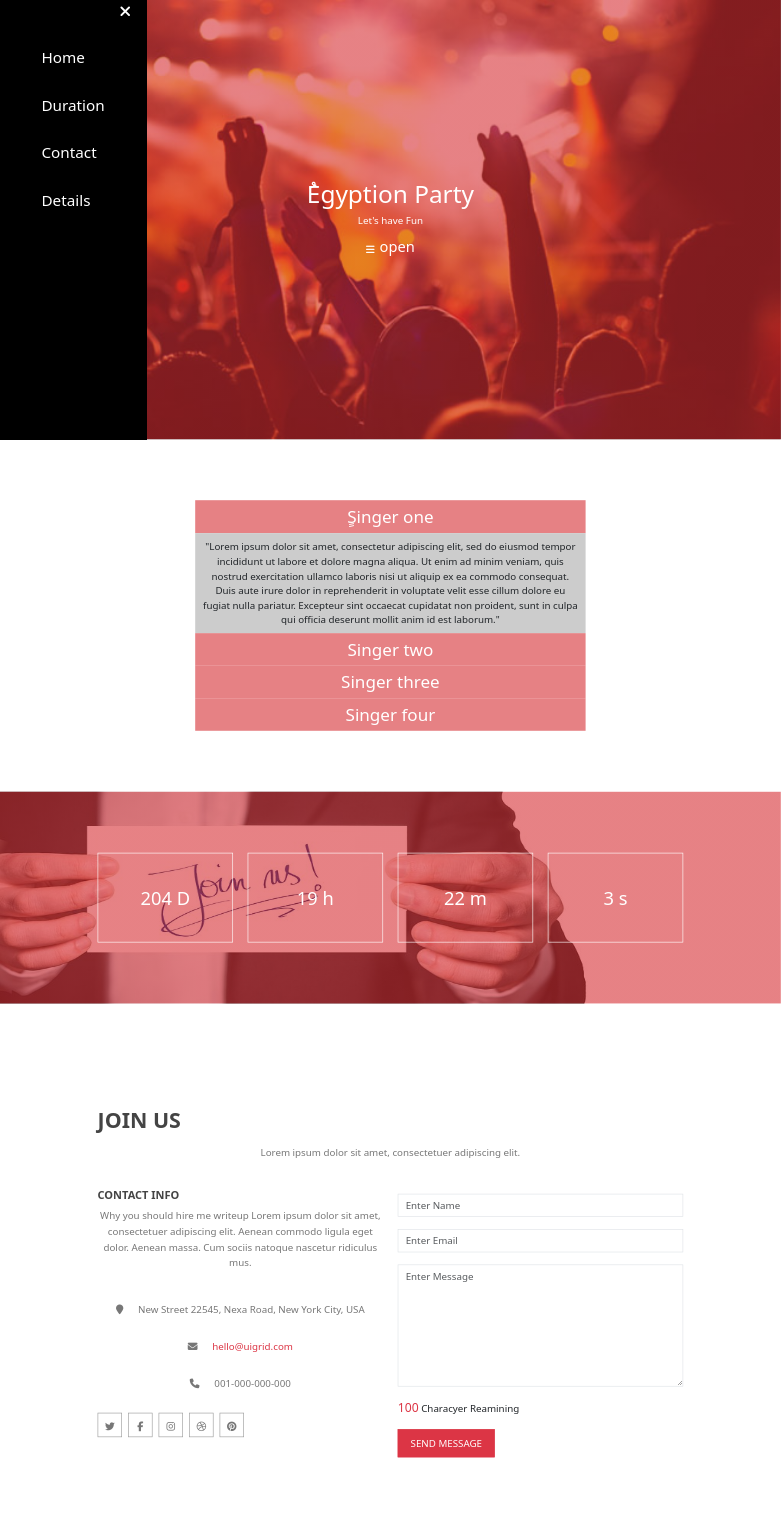
Repository: HagarYousry/jQuery
Page: index.html
An editor plug-in stored every save of this project. The page is shown before and after the next save, followed by the edit.
The browser window is 1280 px wide. The pictures show the whole page, at 61% of full size.

Above is the page before, as saved 2024-07-25 19:21:31.

### index.html
<!DOCTYPE html>
<html lang="en">

<head>
    <meta charset="UTF-8">
    <meta name="viewport" content="width=device-width, initial-scale=1.0">
    <title>Egyption party</title>
    <!-- web fonts  -->
    <link rel="stylesheet" href="css/all.min.css">
    <!-- bootstrap -->
    <link rel="stylesheet" href="css/bootstrap.min.css">
    <!-- main css -->
    <link rel="stylesheet" href="css/main.css">
</head>

<body>
    <div id="home">

            <div id="sideNav" class="bg-black p-5">
                    <a class="p-0 closeIcon">
                        <i class="fa-solid fa-xmark "></i>
                    </a>
                     <a class="sideNav-link mt-2" href="#home">Home</a>
                     <a class="sideNav-link" href="#Acordion">Duration</a>
                     <a class="sideNav-link" href="#contact">Contact</a>
                     <a class="sideNav-link" href="#count">Details</a>
            </div>

            <div class="home-title d-flex justify-content-center align-items-center flex-column vh-100 text-white">
                <h1>ُEgyption Party</h1>
                <p>Let's have Fun</p>
                <span class="d-flex align-items-center">
                    <i class=" fa-solid fa-bars"></i>
                    <h4 class="ms-2">open</h4>
                </span>
            </div>


    </div>










    <!-- ! start sideNav section -->
    <!-- <section id="sideNav">
        <div class="navAnchor bg-black">
            <ul>
                <li class="p-0 closeIcon">
                    <i class="fa-solid fa-xmark "></i>
                </li>
                 <li ><a class="sideNav-link" href="#home">Home</a></li>
                 <li ><a class="sideNav-link" href="#Acordion">Duration</a></li>
                 <li ><a class="sideNav-link" href="#contact">Contact</a></li>
                 <li ><a class="sideNav-link" href="#count">Details</a></li>
            </ul>
        </div>

        <div class="navIcon align-self-center bg-danger bg-opacity-50 m-1 text-white p-2">
            <div class="navIcon-content d-flex align-items-center">
                <i class="fa-solid fa-bars"></i>
                <h4 class="ms-2">open</h4>
            </div>
        </div>
    </section> -->
    <!--! end sideNav section -->

    <!--! start header section  -->
    <!-- <header id="home" class="d-flex justify-content-center align-items-center flex-column">
        <div class="home-content text-center text-white">
            <h1>ُEgyption Party</h1>
            <p>Let's have Fun</p>
        </div>
    </header> -->
    <!--! end header section  -->

    <!-- start Acordion section  -->
    <section id="Acordion" class="text-center">

        <div class="container-fluid w-50 ">
            <h3 class="toggle ">ٍSinger one</h3>
            <div class="inner first">"Lorem ipsum dolor sit amet, consectetur adipiscing elit, sed do eiusmod tempor
                incididunt ut labore et dolore magna aliqua. Ut enim ad minim veniam, quis nostrud exercitation ullamco
                laboris nisi ut aliquip ex ea commodo consequat. Duis aute irure dolor in reprehenderit in voluptate
                velit
                esse cillum dolore eu fugiat nulla pariatur. Excepteur sint occaecat cupidatat non proident, sunt in
                culpa
                qui officia deserunt mollit anim id est laborum."
            </div>


            <h3 class="toggle">Singer two</h3>
            <div class="inner">"Sed ut perspiciatis unde omnis iste natus error sit voluptatem accusantium doloremque
                laudantium, totam rem aperiam, eaque ipsa quae ab illo inventore veritatis et quasi architecto beatae
                vitae
                dicta sunt explicabo. Nemo enim ipsam voluptatem quia voluptas sit aspernatur aut odit aut fugit, sed
                quia
                consequuntur magni dolores eos qui ratione voluptatem sequi nesciunt. Neque porro quisquam est, qui
                dolorem
                ipsum quia dolor sit amet, consectetur, adipisci velit, sed quia non numquam eius modi tempora incidunt
                ut
                labore et dolore magnam aliquam quaerat voluptatem. Ut enim ad minima veniam, quis nostrum
                exercitationem
                ullam corporis suscipit laboriosam, nisi ut aliquid ex ea commodi consequatur? Quis autem vel eum iure
                reprehenderit qui in ea voluptate velit esse quam nihil molestiae consequatur, vel illum qui dolorem eum
                fugiat quo voluptas nulla pariatur?"
            </div>


            <h3 class="toggle">Singer three</h3>
            <div class="inner">"But I must explain to you how all this mistaken idea of denouncing pleasure and praising
                pain was born and I will give you a complete account of the system, and expound the actual teachings of
                the
                great explorer of the truth, the master-builder of human happiness. No one rejects, dislikes, or avoids
                pleasure itself, because it is pleasure, but because those who do not know how to pursue pleasure
                rationally
                encounter consequences that are extremely painful. Nor again is there anyone who loves or pursues or
                desires
                to obtain pain of itself, because it is pain, but because occasionally circumstances occur in which toil
                and
                pain can procure him some great pleasure. To take a trivial example, which of us ever undertakes
                laborious
                physical exercise, except to obtain some advantage from it? But who has any right to find fault with a
                man
                who chooses to enjoy a pleasure that has no annoying consequences, or one who avoids a pain that
                produces no
                resultant pleasure?"
            </div>


            <h3 class="toggle">Singer four</h3>
            <div class="inner">"At vero eos et accusamus et iusto odio dignissimos ducimus qui blanditiis praesentium
                voluptatum deleniti atque corrupti quos dolores et quas molestias excepturi sint occaecati cupiditate
                non
                provident, similique sunt in culpa qui officia deserunt mollitia animi, id est laborum et dolorum fuga.
                Et
                harum quidem rerum facilis est et expedita distinctio. Nam libero tempore, cum soluta nobis est eligendi
                optio cumque nihil impedit quo minus id quod maxime placeat facere possimus, omnis voluptas assumenda
                est,
                omnis dolor repellendus. Temporibus autem quibusdam et aut officiis debitis aut rerum necessitatibus
                saepe
                eveniet ut et voluptates repudiandae sint et molestiae non recusandae. Itaque earum rerum hic tenetur a
                sapiente delectus, ut aut reiciendis voluptatibus maiores alias consequatur aut perferendis doloribus
                asperiores repellat."

            </div>

        </div>
    </section>
    <!-- end Acordion section  -->

    <!-- start count section  -->
    <section id="count">
        <div class="container-fluid w-75 text-center text-white">
            <div class="row">
                <div class="col-md-3">
                    <div class="time">
                        <span class="days">00</span>
                    </div>
                </div>

                <div class="col-md-3">
                    <div class="time">
                        <span class="hours">00</span>
                    </div>
                </div>

                <div class="col-md-3">
                    <div class="time">
                        <span class="minutes">00</span>
                    </div>
                </div>

                <div class="col-md-3">
                    <div class="time">
                        <span class="seconds">00</span>
                    </div>
                </div>

            </div>
        </div>
    </section>
    <!-- end count section  -->

    <!-- start contact-us section  -->
    <section id="contact">
        <div class="container-fluid w-75">
            <div class="head">
                <h2 class="text-uppercase fw-bold">Join Us</h2>
                <p class="text-center">Lorem ipsum dolor sit amet, consectetuer adipiscing elit.</p>
            </div>
            <div class="row mt-5">
                <div class="col-md-6">
                    <div class="col-info">
                        <h3 class="text-uppercase">CONTACT INFO</h3>
                        <p class="text-center">Why you should hire me writeup Lorem ipsum dolor sit amet, consectetuer
                            adipiscing elit.
                            Aenean commodo ligula eget dolor. Aenean massa. Cum sociis natoque nascetur ridiculus mus.
                        </p>

                        <div class="icons text-center">
                            <p><i class="fa fa-map-marker"></i> New Street 22545, Nexa Road, New York City, USA</p>

                            <p class="text-danger"><i class="fa fa-envelope"></i> hello@uigrid.com</p>
                            <p><i class="fa fa-phone"></i> 001-000-000-000</p>
                        </div>

                        <div class="social d-flex align-items-center">

                            <i class="fab fa-twitter fa-fw"></i>
                            <i class="fab fa-facebook-f fa-fw"></i>
                            <i class="fab fa-instagram fa-fw"></i>
                            <i class="fab fa-dribbble fa-fw"></i>
                            <i class="fab fa-pinterest fa-fw"></i>

                        </div>
                    </div>
                </div>

                <div class="col-md-6">
                    <form>

                        <input class="form-control mt-2" type="text" placeholder="Enter Name">
                        <input class="form-control" type="email" placeholder="Enter Email">
                        <textarea class="form-control " placeholder="Enter Message"></textarea>
                        <span id="chars" class="text-danger">100</span> Characyer Reamining
                        <button class="btn btn-danger text-uppercase">Send Message</button>

                    </form>
                </div>
            </div>
        </div>
    </section>
    <!-- end contact-us section  -->


    <!-- jquery  -->
    <script src="js/jquery-3.7.1.min.js"></script>
    <!-- index js  -->
    <script src="js/index.js"></script>


</body>

</html>

### css/main.css
#home{
    height: 100vh;
    background-image: linear-gradient(rgba(214, 46, 51, 0.6), rgba(214, 46, 51, 0.6)),
        url(../imgs/events-heavenly-header.jpg);
    background-position: center;
    background-size: cover;
    background-repeat: no-repeat;
}

#sideNav {
    position: fixed;
    top: 0;
    bottom: 0;
    left: 0;
    display: flex;
    flex-direction: column;
    z-index: 9999;
}

#sideNav a{
    padding: 20px;
    text-decoration: none;
    font-size: 25px;
    color: #818181;
    display: block;
    color: white;
    transition: 0.3s;
}

.closeIcon {
    position: absolute;
    top: 0;
    right: 25px;
    font-size: 26px;
    margin-left: 50px;
    color: white;
    padding-bottom: 10px;
    transition: 0.3s;
    cursor: pointer;
}

#sideNav a:hover {
    color: rgba(214, 46, 51, 0.4);
}



/* #sideNav {
    position: fixed;
    top: 0;
    bottom: 0;
    left: 0;
    display: flex;
    z-index: 9999;
}

#sideNav .navAnchor {
    padding: 40px 0 0 0;
    position: relative;
}

#sideNav .navAnchor ul {
    padding: 0 20px 0 20px;
}

#sideNav .navAnchor ul li {
    padding: 25px;
    list-style: none;
    cursor: pointer;
}

#sideNav .navAnchor ul li:hover a {
    color: rgba(214, 46, 51, 0.4);
}

#sideNav .navAnchor ul li a {
    text-decoration: none;
    font-size: 25px;
    color: white;
    transition: 0.3s all;
}


.closeIcon {
    position: absolute;
    top: 0;
    right: 25px;
    font-size: 26px;
    margin-left: 50px;
    color: white;
}

.navIcon {
    border-radius: 20px 20px;
}

.navIcon i,
.navIcon h4 {
    font-size: 30px;
    cursor: pointer;
}

@media (max-width: 991.98px) {
    .navIcon {
        align-self: flex-start !important;
    }

    .navIcon .navIcon-content {
        flex-direction: column;
    }
}


header {
    height: 100vh;
    background-image: linear-gradient(rgba(214, 46, 51, 0.6), rgba(214, 46, 51, 0.6)),
        url(../imgs/events-heavenly-header.jpg);
    background-position: center;
    background-size: cover;
    background-repeat: no-repeat;
}

header h1 {
    font-size: 60px;
} */



/* start Acordion section  */
#Acordion {
    padding: 100px auto;
}

.toggle {
    background-color: rgba(214, 46, 51, 0.6);
    cursor: pointer;
    color: white;
    padding: 10px;
    margin: 0px;
}

.inner {
    background-color: rgb(204, 204, 204);
    display: none;
    padding: 10px;
}

#Acordion .first {
    display: block;
}

/* end Acordion section  */

/* start count section  */

#count {
    background-image: linear-gradient(rgba(214, 46, 51, 0.6), rgba(214, 46, 51, 0.6)), url(../imgs/invitation-2508607__340.jpg);
    background-repeat: no-repeat;
    background-position: center center;
    background-size: 100% 100%;
    position: relative;
}

.container-fluid {
    padding: 100px 0px;
}

.time {
    padding: 50px;
    border: 1px solid #FFF;
    font-weight: 500;
    font-size: 30px;
}

/* end count section  */

/* start contact-us section  */
#contact {
    margin-top: 70px;
}

#contact .head h2 {
    font-size: 35px;
    color: #444;
    margin-bottom: 20px;
}

#contact .head p {
    color: #777;
    font-weight: 300;
    font-size: 16px;
}

#contact .col-md-6 .col-info .icons {
    margin-top: 50px;
}

#contact .col-md-6 .col-info .icons p {
    margin-bottom: 35px;
}

#contact .col-md-6 .col-info h3 {
    color: #444;
    font-size: 18px;
    font-weight: 900;
}

#contact .col-md-6 .col-info p {
    font-size: 16px;
    line-height: 26px;
    color: #777;
}

#contact i {
    margin-right: 20px;
    color: #777;
}

#contact .col-md-6 .col-info .social i {
    margin-right: 10px;
    border: 1px solid #999;
    width: 40px;
    height: 40px;
    line-height: 42px;
    cursor: pointer;
    text-align: center;
    transition: 0.5s all;
}

#contact .col-md-6 .col-info .social i:hover {
    color: #fff;
    background-color: #D62E33;
    border: 1px solid #D62E33;
}

#contact .col-md-6 form input,
#contact .col-md-6 form textarea {
    margin-bottom: 20px;
    border-radius: 0;
}

#contact .col-md-6 form textarea {
    height: 200px;
    resize: vertical;
}

#contact .col-md-6 form button {
    padding: 10px 20px;
    border-radius: 0;
    margin-top: 20px;
    display: block;
}

#contact .col-md-6 form #chars {
    font-size: 20px;
}
/* end contact-us section  */

### js/index.js
/// <reference types="../@types/jquery"/>

// start sideNav section

const navAnchorwidth = $('.navAnchor').outerWidth(true);

// console.log(navAnchorwidth);

//! first: Close sideNav
$('#sideNav')
    .animate({ left: -navAnchorwidth }, 0);

let isOpen = false

//! second: on click "navIcon" ,toggle open & close sideNav
$('#sideNav .navIcon')
    .on('click', function () {
        let status;
        // = isOpen ? -navAnchorwidth : 0;
        if (isOpen) {
            status = -navAnchorwidth
            $('.home-content').animate({ marginLeft: 0 }, 1000)
        } else {
            status = 0
            $('.home-content').animate({ marginLeft: navAnchorwidth }, 1000)
        }
        isOpen = !isOpen;

        $(this).parent()
            .animate({ left: status }, 1000)

    })

//! closeIcon
$('.closeIcon')
    .on('click', function () {
        isOpen = !isOpen;
        $('#sideNav')
            .animate({ left: -navAnchorwidth }, 1000);
        $('.home-content').animate({ marginLeft: 0 }, 1000)
    })


//! scroll to sections
$('.sideNav-link[href^="#"]')
    .on('click', function () {
        const sectionId = $(this).attr('href');
        // console.log(section);
        //! get section top
        const sectionTop = $(sectionId).offset().top;
        // console.log(top);
        $('html , body')
            .animate({ scrollTop: sectionTop }, 2000)
    })

// end sideNav section

// start Acordion section
//! slideToggle effect
$('#Acordion .toggle').on('click', function () {
    //! slide up all inner except the one i clicked on
    $('.inner').not($(this).next()).slideUp(500);
    //! slide toggle
    $(this).next().slideToggle(500);
});
// end Acordion section

//start count section
$(window).on('load', function () {
    countDownTime("24 january 2025 00:00:00");
})


function countDownTime(countTo) {

    //! get countTo date
    let futureDate = new Date(countTo);
    futureDate = (futureDate.getTime() / 1000);
    // console.log(futureDate);

    //! get current date
    let now = new Date();
    // console.log(now);
    now = (now.getTime() / 1000);

    //! get the difference between current date and countTo date by sec
    timeDifference = (futureDate - now);

    //?(24 * 60 * 60) ==> num. of sec in day ==> 86400
    let days = Math.floor(timeDifference / 86400);
    let hours = Math.floor((timeDifference - (days * 86400)) / 3600);
    let mins = Math.floor((timeDifference - (days * 86400) - (hours * 3600)) / 60);
    let secs = Math.floor((timeDifference - (days * 86400) - (hours * 3600) - (mins * 60)))


    $(".days").html(`${days} D`);
    $(".hours").html(`${hours} h`);
    $(".minutes").html(`${mins} m`);
    $('.seconds').html(`${secs} s`)

    //! Repeating the Countdown Every Second
    setInterval(function () {
        countDownTime(countTo);
    }, 1000);
}
//end count section

//start contact-us section
let maxLength = 100;
$('textarea').on('keyup', function () {
    //! val as getter ==> lenght
    let length = $(this).val().length;
    // console.log(length);
    let AmountLeft = maxLength - length;
    console.log(AmountLeft);
    if (AmountLeft <= 0) {
        $("#chars").text("your available characters finished");
    }
    else {
        $("#chars").text(AmountLeft);
    }
});
//end contact-us section

Loaded but not shown: css/all.min.css (library); css/bootstrap.min.css (library); js/jquery-3.7.1.min.js (library)

After the next save:
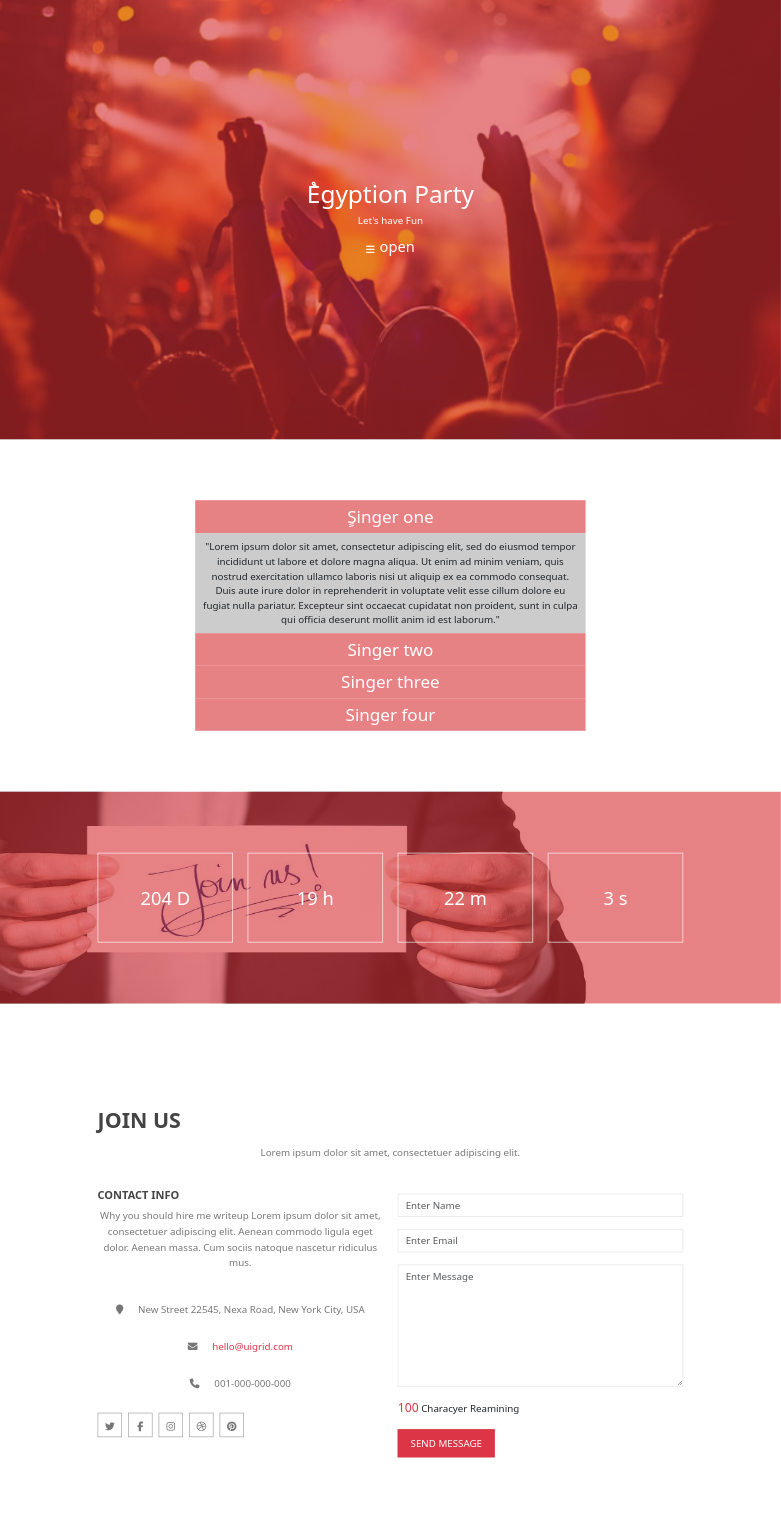
Saved 2 min 18 s later.
--- a/js/index.js
+++ b/js/index.js
@@ -2,7 +2,7 @@
 
 // start sideNav section
 
-const navAnchorwidth = $('.navAnchor').outerWidth(true);
+const navAnchorwidth = $('#sideNav').outerWidth(true);
 
 // console.log(navAnchorwidth);
 

After the 4 saves that followed:
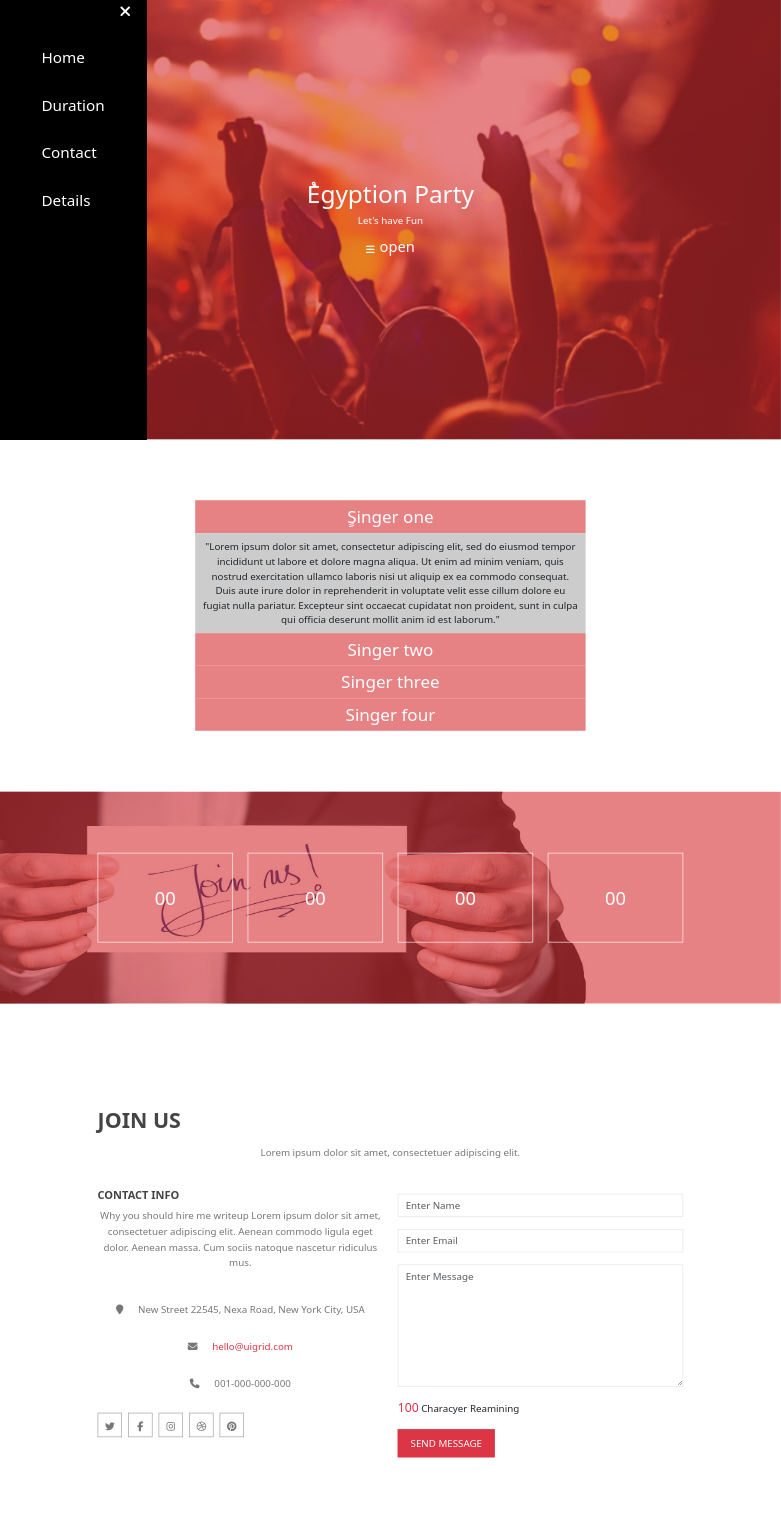
Console error: ReferenceError: navAnchorwidth is not defined
The 4 saves are shown as one change because 2 left the picture as it was and some came seconds apart.
The last was saved 57 s later.
--- a/js/index.js
+++ b/js/index.js
@@ -2,7 +2,8 @@
 
 // start sideNav section
 
-const navAnchorwidth = $('#sideNav').outerWidth(true);
+const sideNavwidth = $('#sideNav').outerWidth(true);
+console.log(navAnchorwidth);
 
 // console.log(navAnchorwidth);
 
